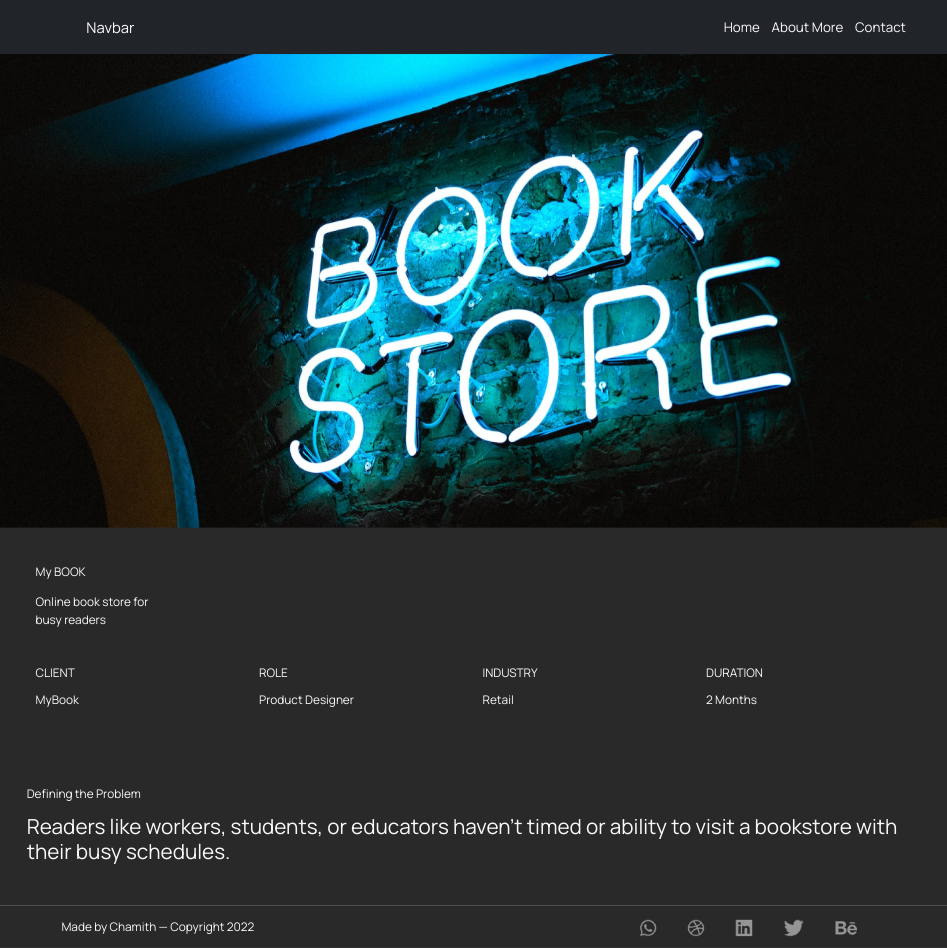
Repository: Realchamithweb/chamith-html
Page: work.html
These files come from the project's save history. The page is drawn as it stood at one moment and after a run of saves; the edit follows.
The browser window is 1280 px wide. The pictures show the whole page, at 74% of full size.

Above is the page before, as saved 2023-01-24 07:19:33.

### work.html
<!doctype html>
<html lang="en">
  <head>
    <!-- Required meta tags -->
    <meta charset="utf-8">
    <meta name="viewport" content="width=device-width, initial-scale=1">
    <link rel="stylesheet" href="/css/style.css">
    <!-- Bootstrap CSS -->
    <link href="https://cdn.jsdelivr.net/npm/bootstrap@5.0.2/dist/css/bootstrap.min.css" rel="stylesheet" integrity="sha384-EVSTQN3/azprG1Anm3QDgpJLIm9Nao0Yz1ztcQTwFspd3yD65VohhpuuCOmLASjC" crossorigin="anonymous">
    <link rel="stylesheet" href="https://fonts.googleapis.com/css?family=Manrope">
    <title>Hello, world!</title>
  </head>
  <body>
    <div class="main">
            <div class="head">
                <nav class="navbar navbar-expand-lg navbar-light bg-dark">
                    <div class="container-fluid">
                        <div class="col-md-1"></div>
                    <a class="navbar-brand col-md-8 text-light" href="/index.html">Navbar</a>
                    <button class="navbar-toggler" type="button" data-bs-toggle="collapse" data-bs-target="#navbarNavDropdown" aria-controls="navbarNavDropdown" aria-expanded="false" aria-label="Toggle navigation">
                        <span class="navbar-toggler-icon"></span>
                    </button>
                    <div class="collapse navbar-collapse" id="navbarNavDropdown">
                        <ul class="navbar-nav">
                        <li class="nav-item">
                            <a class="nav-link active text-light" aria-current="page" href="/index.html">Home</a>
                        </li>
                        <li class="nav-item">
                            <a class="nav-link text-light" href="/work.html">About More</a>
                        </li>
                        <li class="nav-item">
                            <a class="nav-link text-light" href="/contact.html">Contact</a>
                        </li>
                        </ul>
                    </div>
                    </div>
                </nav>
            </div>
            <section>
                <div class="row">
                    <img src="/inc/work-top.png" class="work-hero">
                </div>
            </section>
            <section>
                <div class="row">
                    <div class="container-fluid text-light ms-5 mt-5">
                        <p>My BOOK</p>
                        <h>Online book store for<br>
                            busy readers </h3>
                    </div>
                </div>
                <div class="row p-5">
                        <div class="col-lg-3 text-light">
                            <p>CLIENT</p>
                            <h6>MyBook</h6>
                        </div>
                        <div class="col-lg-3 text-light">
                            <p>ROLE</p>
                            <h6>Product Designer</h6>
                        </div>
                        <div class="col-lg-3 text-light">
                            <p>INDUSTRY</p>
                            <h6>Retail</h6>
                        </div>
                        <div class="col-lg-3 text-light">
                            <p>DURATION</p>
                            <h6>2 Months</h6>
                        </div>
                </div>
            </section>
            <section>
                <div class="row">
                    <div class="col-lg-12 text-light p-5">
                        <p>Defining the Problem</p>
                        <h3>Readers like workers, students, or educators haven't timed or ability to visit a bookstore with their busy schedules.</h3>
                    </div>
                </div>
            </section>
            <section>
              <div class="footer">
                  <div class="container-fluid">
                      <div class="row">
                          <hr class="text-light">
                          <div class="col-lg-4 text-center text-light mb-3">Made by Chamith — Copyright 2022</div>
                          <div class="col-lg-4 mb-3"></div>
                          <div class="col-lg-4 mb-3"><img src="/inc/Icons.png" class="img02"></div>
                      </div>
                  </div>
              </div>
          </section>

  </div>


    <!-- Optional JavaScript; choose one of the two! -->

    <!-- Option 1: Bootstrap Bundle with Popper -->
    <script src="https://cdn.jsdelivr.net/npm/bootstrap@5.0.2/dist/js/bootstrap.bundle.min.js" integrity="sha384-MrcW6ZMFYlzcLA8Nl+NtUVF0sA7MsXsP1UyJoMp4YLEuNSfAP+JcXn/tWtIaxVXM" crossorigin="anonymous"></script>

    <!-- Option 2: Separate Popper and Bootstrap JS -->
    <!--
    <script src="https://cdn.jsdelivr.net/npm/@popperjs/core@2.9.2/dist/umd/popper.min.js" integrity="sha384-IQsoLXl5PILFhosVNubq5LC7Qb9DXgDA9i+tQ8Zj3iwWAwPtgFTxbJ8NT4GN1R8p" crossorigin="anonymous"></script>
    <script src="https://cdn.jsdelivr.net/npm/bootstrap@5.0.2/dist/js/bootstrap.min.js" integrity="sha384-cVKIPhGWiC2Al4u+LWgxfKTRIcfu0JTxR+EQDz/bgldoEyl4H0zUF0QKbrJ0EcQF" crossorigin="anonymous"></script>
    -->
  </body>
</html>

### css/style.css
.main{
    background-color: #292929;
    font-family: 'Manrope', serif;
    overflow-x: hidden;

}
.navbar{
    padding-top: 15px!important;
    padding-bottom: 15px!important;
}
.nav-link{
    font-size: 18px!important;
}
.hero{
    margin-top: 66px;
}

.hero-img{
    margin-top: 3em;
}

.hero-title{
    font-style: normal;
    font-weight: 400;
    font-size: 54px;
    line-height: 64px;
    margin-left: 96px;
}

.hero-text{
    font-style: normal;
    font-weight: 400;
    font-size: 20px;
    line-height: 30px;
    margin-left: 96px;
}

.hero-btn{
    margin-left: 96px;
}

.work-img:hover img{
        opacity: 0.5;
}

.work-img {
    position: relative;
  }

  .bg-color
  .work-img img {
    width: 100%;
    opacity: 1;
    transition: opacity 0.5s;
  }
.work-img .text {
    position: absolute;
    top: 50%;
    left: 50%;
    transform: translate(-50%, -50%);
    text-align: center;
    color: white;
  }

  .work-hero{
    width: 1440px;
    height: 640px;
    left: 0px;
    top: 0px;
  }
/*
.hero-title{
    position: absolute;
    width: 824px;
    height: 192px;
    left: 96px;
    top: 240px;

    font-family: 'Inter';
    font-style: normal;
    font-weight: 400;
    font-size: 54px;
    line-height: 64px;
    color: #000000;
}

.hero-text{
    position: absolute;
    width: 824px;
    height: 90px;
    left: 96px;
    top: 456px;

    font-family: 'Inter';
    font-style: normal;
    font-weight: 400;
    font-size: 20px;
    line-height: 30px;
    /* or 150% */
    /* color: #000000
}

.hero-btn{
    box-sizing: border-box;
    position: absolute;
    width: 341.57px;
    height: 57px;
    left: 96px;
    top: 634px;

    background: #FFFFFF;
    border: 1px solid #000000;
    border-radius: 4px;
}

.f-row{
    display: flex;
    flex-direction: row;
    justify-content: center;
    align-items: center;
    padding: 8px;
    gap: 32px;

    position: absolute;
    height: 48px;
    left: 96px;
    top: 836px;
}

.img00{
    display: flex;
    flex-direction: row;
    justify-content: center;
    align-items: center;
    padding: 8px;
    gap: 32px;

    position: absolute;
    width: 198px;
    height: 48px;
    left: 96px;
    top: 836px;

}

.img01{
    position: absolute;
    width: 612px;
    height: 888px;
    left: 96px;
    top: 964px;
    border-radius: 4px;
}

.img01:hover{
    background: linear-gradient(0deg, rgba(0, 0, 0, 0.6), rgba(0, 0, 0, 0.6)), url("/inc/Bookstore.png"), #292929;
}

.img02{
    position: absolute;
    width: 612px;
    height: 888px;
    left: 732px;
    top: 1102px;

    background: url(3ffea8135910975.Y3JvcCwxMDgwLDg0NCwwLDExNw.png), #292929;
    border-radius: 4px;
}  */

After the next 4 saves:
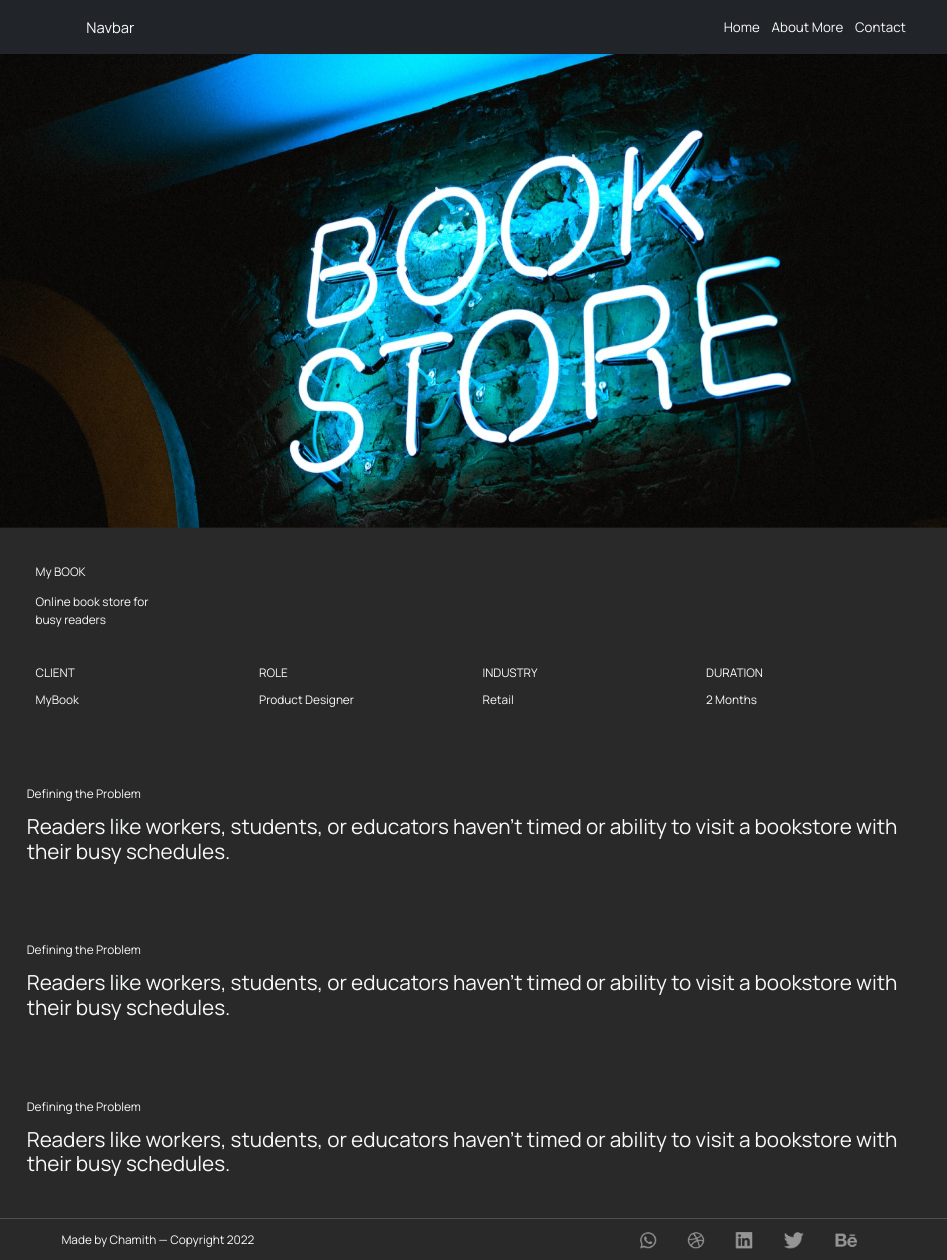
The 4 saves are shown as one change because they came seconds apart.
The last was saved 2 min 19 s later.
--- a/work.html
+++ b/work.html
@@ -77,6 +77,22 @@
                 </div>
             </section>
             <section>
+                <div class="row">
+                    <div class="col-lg-12 text-light p-5">
+                        <p>Defining the Problem</p>
+                        <h3>Readers like workers, students, or educators haven't timed or ability to visit a bookstore with their busy schedules.</h3>
+                    </div>
+                </div>
+            </section>
+            <section>
+                <div class="row">
+                    <div class="col-lg-12 text-light p-5">
+                        <p>Defining the Problem</p>
+                        <h3>Readers like workers, students, or educators haven't timed or ability to visit a bookstore with their busy schedules.</h3>
+                    </div>
+                </div>
+            </section>
+            <section>
               <div class="footer">
                   <div class="container-fluid">
                       <div class="row">
